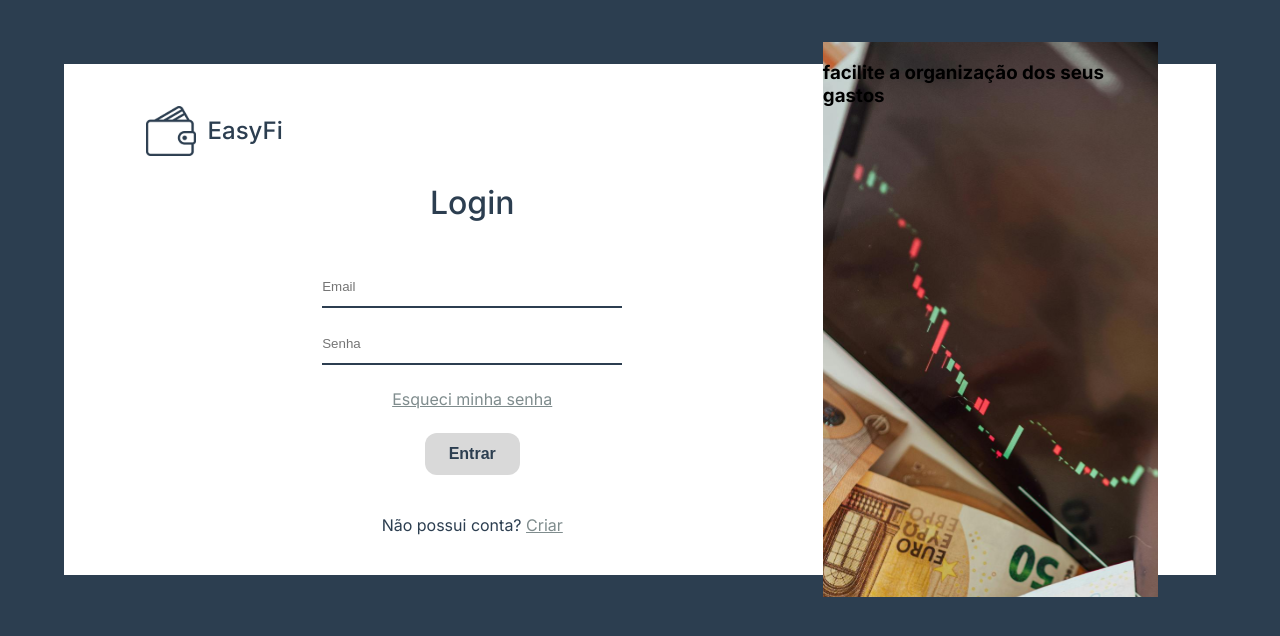
Repository: Ingridiag/projeto-engenharia
Page: login.html
An editor plug-in stored every save of this project. The page is shown before and after a run of saves, followed by the edit.
The browser window is 1280 px wide. The pictures show the whole page.

Above is the page before, as saved 2024-10-28 16:32:15.

### login.html
<!DOCTYPE html>
<html lang="pt">

<head>
    <meta charset="UTF-8">
    <meta name="viewport" content="width=device-width, initial-scale=1.0">
    <link rel="preconnect" href="https://fonts.googleapis.com">
<link rel="preconnect" href="https://fonts.gstatic.com" crossorigin>
<link href="https://fonts.googleapis.com/css2?family=Inter:ital,opsz,wght@0,14..32,100..900;1,14..32,100..900&display=swap"
rel="stylesheet">
    <link rel="stylesheet" href="style.css">
    <title>Login</title>
</head>

<body>
    <div class="container">

        <!-- Tela Login -->
        <div class="login">
            <div class="primeira-coluna">
                <div class="logo">
                    <img src="imagens/logo-azul 1.svg" alt="logo">
                    <h1>EasyFi</h1>
                </div>
                <div class="formulario">
                    <h1 class="title">Login</h1>
                    <form >
                        <input type="email" placeholder="Email">
                        <input type="password" placeholder="Senha">
                    </form>
                    <div class="uses">
                        <a href="#" class="link">Esqueci minha senha</a>

                    </div>
                    <div class="btn-default">
                        <button>
                            Entrar
                        </button>
                    </div>
                    <div >
                        <p>Não possui conta?
                            <span>
                                <a href="#" class="link">Criar</a>
                            </span>
                        </p>
                    </div>
                </div>
            </div>
            <div class="decor">
                <h3 class="mensagem">
                    facilite a organização dos seus gastos
                </h3>
            </div>
        </div>



        <div class="cadastro">
            <!-- Tela Cadastro -->
            <div class="decor">
                <h3 class="mensagem">
                    facilite a organização dos seus gastos
                </h3>
            </div>

            <div class="primeira-coluna">
                <div class="logo">
                    <img src="imagens/logo-azul 1.svg" alt="logo">
                    <h1>EasyFi</h1>
                </div>
                <div class="formulario">
                    <h1 class="title">Criar Conta</h1>
                    <form >
                        <input type="text" placeholder="Nome">
                        <input type="email" placeholder="Email">
                        <input type="password" placeholder="Senha">
                        <input type="password" placeholder=" Confirmar senha">
                    </form>
                    <div>
                        <a href="#" class="link">Esqueci minha senha</a>

                    </div>
                    <div class="btn-default">
                        <button>
                            Entrar
                        </button>
                    </div>
                    <div class="uses">
                        <p>Já possui conta?
                            <span>
                                <a href="#" class="link">Login</a>
                            </span>
                        </p>
                    </div>
                </div>
            </div>
        </div>


    </div>

</body>

</html>

### style.css
body {
    margin: 0;
    padding: 0;
    box-sizing: border-box;
    background: #2C3E50;
    font-family: "Inter", sans-serif;
}

.container {
    display: flex;
    justify-content: center;
    align-items: center;
    margin: 5%;
}

.login {
    width: 100%;
    height: 55vh;
    padding: 5%;
    display: flex;
    align-items: center;
    background: #fff;
    justify-content: space-between;
}

.primeira-coluna {
    width: 70%;
    display: flex;
    flex-direction: column;
    justify-content: center;
    /* background: #909090; */
}

.logo {
    display: flex;
    gap: 12px;
    align-items: center;
    padding: 12px 24px 0;
    color: #2C3E50;

    h1 {
        font-size: 24px;
        font-weight: 500;
    }
    img{
        width: 50px;

    }

}

.formulario {
    display: flex;
    flex-direction: column;
    align-items: center;
    gap: 24px;
    color: #2C3E50;
    h1{
        font-weight: 500;}
}

.formulario form {
    display: flex;
    flex-direction: column;
    gap: 16px;
}

.formulario form input {
    width: 300px;
    padding: 12px 0px;
    background: none;
    border: none;
    border-bottom: 2px solid #2C3E50;
    outline: none;
    color: #2C3E50;

}

.formulario a {
    color: #7F8C8D;
}

.btn-default button {
    background: #D9D9D9;
    border: none;
    border-radius: 12px;
    padding: 12px 24px;
    font-size: 16px;
    transition: 0.2s ease;
    cursor: pointer;
    color: #2C3E50;
    font-weight: 600;
}

.btn-default button:hover {
    background: #F4EEEE;
    color: #577695;
    transform: scale(1.1);
}
.decor{
    height: 140%;
    background-image: url(imagens/imagem_background.svg);
}

.cadastro {
    display: none;
    flex-direction: column;
    position: relative;
}

After the next 3 saves:
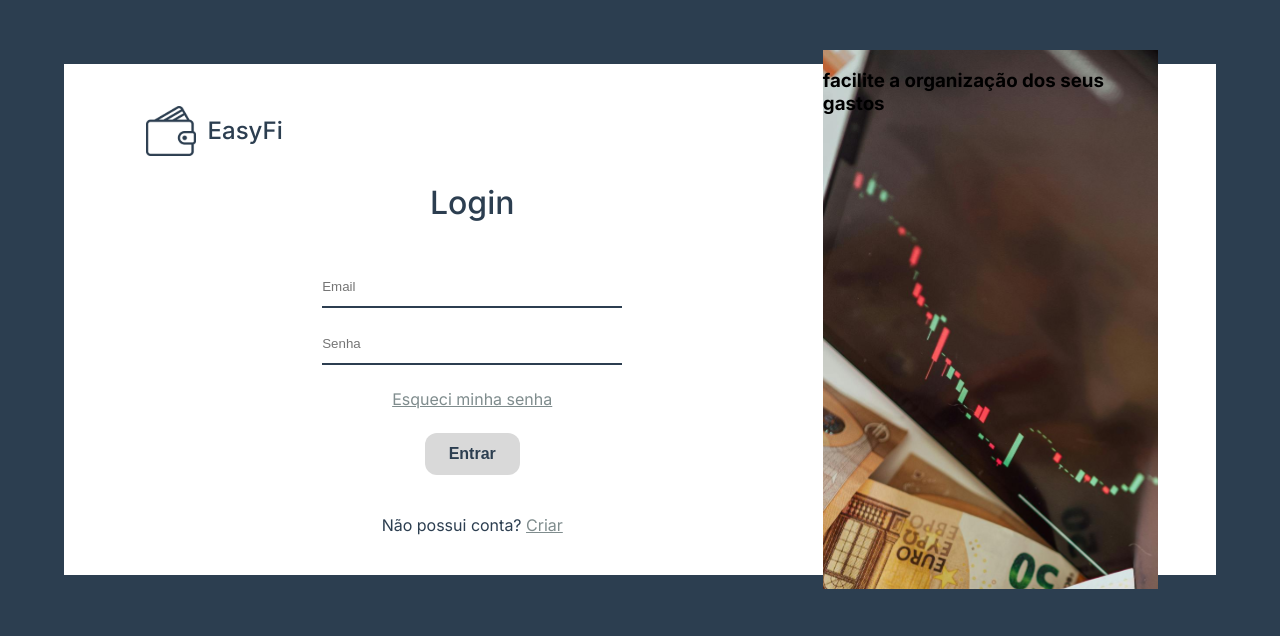
The 3 saves are shown as one change because they came seconds apart.
The last was saved 7 s later.
--- a/style.css
+++ b/style.css
@@ -98,7 +98,7 @@ body {
     transform: scale(1.1);
 }
 .decor{
-    height: 140%;
+    height: 136%;
     background-image: url(imagens/imagem_background.svg);
 }
 
